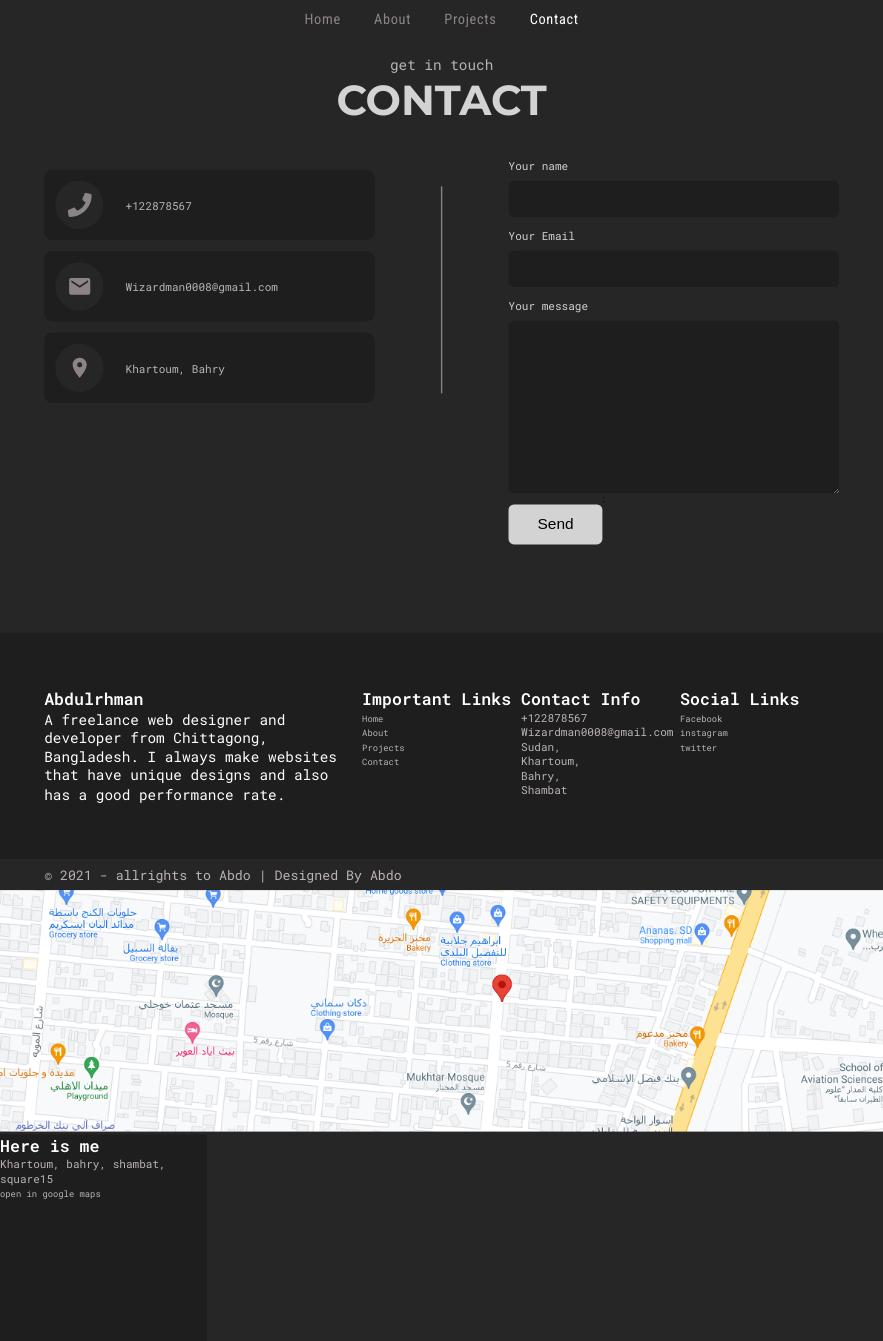
Repository: Abdoulrhman-altyeb/React-Typescript
Page: /contact
These files come from the project's save history. The page is drawn as it stood at one moment and after the next save; the edit follows.
The browser window is 1280 px wide. The pictures show the whole page, at 69% of full size.
The project was rebuilt for these pictures with package versions that can differ from the ones it lists, and the page was loaded fresh each time. Also part of the build but not shown: src/components/ContactButton.tsx, src/components/HeroSection.tsx, src/components/AboutSection.tsx, src/assits/data/Services.ts, src/components/ServiceItems.tsx, src/components/ServicesSection.tsx, src/components/ProjectsSection.tsx, src/Pages/Home.tsx and 2 more.

Above is the page before, as saved 2021-05-20 19:18:21.

### public/index.html
<!DOCTYPE html>
<html lang="en">

<head>
  <meta charset="utf-8" />
  <meta name="viewport" content="width=device-width, initial-scale=1" />
  <meta name="theme-color" content="#000000" />
  <meta name="description" content="IT Guys Community" />
  <link rel="preconnect" href="https://fonts.gstatic.com">
  <link href="https://fonts.googleapis.com/css2?family=Roboto:wght@300;400;500;700&display=swap" rel="stylesheet">
  <link rel="preconnect" href="https://fonts.gstatic.com">
<link href="https://fonts.googleapis.com/css2?family=Montserrat:wght@200;300;400;500;700&display=swap" rel="stylesheet">
<link rel="preconnect" href="https://fonts.gstatic.com">
<link href="https://fonts.googleapis.com/css2?family=Roboto+Mono:wght@200;300;400;500;600&display=swap" rel="stylesheet">
<link rel="preconnect" href="https://fonts.gstatic.com">
<link href="https://fonts.googleapis.com/css2?family=Roboto+Condensed:wght@400;700&display=swap" rel="stylesheet">
  <title>App Lab</title>
</head>

<body>
  <noscript>You need to enable JavaScript to run this app.</noscript>
  <div id="root"></div>
</body>

</html>

### src/index.tsx
import ReactDOM from "react-dom";
import App from "./App";
import './assits/styles/style.css'

ReactDOM.render(<App/>,document.getElementById("root"));

### src/App.tsx
import React from "react";
import NavBar from './components/NavBar';
import { BrowserRouter as Router, Route, Switch } from 'react-router-dom'
import Home from "./Pages/Home";
import Contact from "./Pages/Contact";
import About from "./Pages/About";
import Projects from "./Pages/Projects";


const App: React.FC = () => {



  return (
    <>
      <Router>
        <NavBar />
        <Switch>
          <Route  path='/' exact>
            <Home />
          </Route>
          <Route path="/contact">
            <Contact />
          </Route>
          <Route path='/about'>
            <About />
          </Route>
          <Route path='/projects'>
              <Projects/>
          </Route>
        </Switch>
      </Router>
    </>
  )
}

export default App;

### src/assits/styles/style.css
* {
    padding:0;
    margin:0;
    box-sizing:border-box;
    scroll-behavior: auto;
}

body {
    background:#262626;
    color:white;
    font-family: 'Roboto Mono', monospace;
}
::-webkit-scrollbar-track {
    background: #1E1E1E;
}
::-webkit-scrollbar {
    width: 8px;
}
::-webkit-scrollbar-thumb {
    background: #888;
    border-radius: 20px;
}




img,svg{
    width: 100%;
    height:100%;
    object-fit: cover;
}
.container {
    width:90%;
    max-width:1200px;
    margin: 0 auto;
}

.hero__img {
    height:600px;
}
ul {
    list-style: none;
}
p, h1, span,h3,a {
    color:#BCB4B4
}
a {
    text-decoration: none;
    font-size:0.8rem;
}

### src/components/NavBar.tsx
import React,{useState} from 'react';
import styled from 'styled-components';
import { NavLink } from 'react-router-dom';
import { BiMenu, BiX } from 'react-icons/bi';


const NavBar: React.FC = () => {

    const [isActive, setIsActive] = useState<boolean>(false);

    return (
        <NavBarContainer>
            <div className="hamburgerMenu"
                onClick={() => setIsActive(!isActive)}
                role='button'
                tabIndex={0}
                onKeyDown={() => setIsActive(!isActive)}
            >
                <BiMenu/>
            </div>
            <ul className={isActive ? 'ListItems' : 'ListItems hide-items'}>
                <div className='closeMenu'
                    onClick={() => setIsActive(!isActive)}
                    role='button'
                    tabIndex={0}
                    onKeyDown={() => setIsActive(!isActive)}
                >
                    <BiX/>
                </div>
                <li>
                    <NavLink to='/' exact>
                     Home
                    </NavLink>
                </li>
                <li>
                    <NavLink to="/about">
                        About
                    </NavLink>
                </li>
                <li>
                    <NavLink to='projects'>
                        Projects
                    </NavLink>
                </li>
                <li>
                    <NavLink to='contact'>
                        Contact
                    </NavLink>
                </li>
            </ul>
        </NavBarContainer>
    )
}

const NavBarContainer = styled.nav`
    position: fixed;
    z-index:100;
    top:0;
    left:0;
    background-color:#262626;
    font-family: 'Roboto Condensed', sans-serif;
    width:100%;
    ul {
        width:90%;
        max-width:1200px;
        justify-content:center;
        text-align:center;
        margin:0 auto;
        border-radius:12px;
    }
    li {
        display:inline-block;
        cursor:pointer;
    }
    a {
        display:inline-block;
        padding:1rem 1.5rem;
        font-size:1.3rem;
        color:#8c8484;
        letter-spacing: 1px;
        transition:0.3s ease color;
        /* &:hover {
            color:#726f6f;
        } */
    }
    .active {
        color:white;
    }

    .hamburgerMenu {
        font-size:2rem;
        position:absolute;
        top:1rem;
        right:1rem;
        color:white;
        display:none;
        * {
            pointer-events:none;
        }
    }
    .closeMenu{
        display:none;
    }
    @media only screen and (max-width:768px) {
        .hide-items{
            transform: translateY(calc(-100% - 1rem))
        }
        .hamburgerMenu{
            display:block;
        }
        .ListItems {
            width:80%;
            max-width:230px;
            position:absolute;
            top:1rem;
            right:1rem;
            background:#1E1E1E;
            padding:1rem;
            transition: 0.3s ease transform;

            .closeMenu {
                color:white;
                font-size:1.5rem;
                width:1rem;
                margin: 0 0 0 auto;
                cursor: pointer;
                display:block;
                *{
                    pointer-events:none;
                }
            }
        }
        li {
            display:block;
            margin-bottom:1rem;
        }
        a {
            /* padding:1rem; */
            padding:0.2rem;
            outline:none;
        }
    }
`;



export default NavBar;

### src/Pages/Contact.tsx
import React from 'react';
import ContactSection from '../components/ContactSecion';
import FooterSection from '../components/FooterSection';
import Map from '../components/Map';

const Contact: React.FC = () => {
    return (
        <>
            <ContactSection/>
            <FooterSection />
            <Map/>
        </>
    )
}

export default Contact;

### src/components/FooterSection.tsx
import React from 'react';
import styled from 'styled-components';
import PaText from './PaText';
import { Link } from 'react-router-dom';

const FooterSection: React.FC = () => {
    return (
        <>
            <StyledDiv>
                <div className="container">
                    <div className="info">
                        <h2>Abdulrhman</h2>
                        <PaText>
                            A freelance web designer and developer from Chittagong,
                            Bangladesh. I always make websites that have unique designs
                            and also has a good performance rate.
                        </PaText>
                    </div>
                    <div className="pages">
                        <h2>Important Links</h2>
                        <ul>
                            <li>
                                <Link to="/">Home</Link>
                            </li>
                            <li>
                                <Link to="/">About</Link>
                            </li>
                            <li>
                                <Link to="/">Projects</Link>
                            </li>
                            <li>
                                <Link to="/">Contact</Link>
                            </li>
                        </ul>
                    </div>
                    <div className="contact_info">
                        <h2>Contact Info</h2>
                        <ul>
                            <li><p>+122878567</p></li>
                            <li><p>Wizardman0008@gmail.com</p></li>
                            <li><p>Sudan,<br></br>Khartoum,<br></br>Bahry,<br></br>Shambat</p></li>
                        </ul>
                    </div>
                    <div className="social_Links">
                        <h2>Social Links</h2>
                        <ul>
                            <li><a href="https://facebook.com" rel='noreferrer'>Facebook</a></li>
                        </ul>
                        <ul>
                            <li><a href="https://instagram.com" rel='noreferrer'>instagram</a></li>
                        </ul>
                        <ul>
                            <li><a href="https://twitter.com" rel='noreferrer'>twitter</a></li>
                        </ul>
                    </div>
                </div>
            </StyledDiv>
            <StyledCopyright>
                <div className="container">
                    <p>© 2021 - allrights to Abdo  | Designed By Abdo</p>
                </div>
            </StyledCopyright>
        </>

    )
}

const StyledDiv = styled.div`
    background:#1E1E1E;
    padding:5rem 0 ;
    .container{
        display:flex;
    }
    .info{
        flex:2;
    }
    .contact_info,
    .pages,
    .social_Links{
        flex:1;
    }
    @media only screen and (max-width:768px) {
        .container{
            flex-direction:column;
        }
    }
`;
const StyledCopyright = styled.div`
    background:#262626;
    padding:10px 0;
    p{
        font-size:1.2rem;
    }

    @media only screen and (max-width:768px) {
        p{
            font-size:0.9rem;
            width:100%;
        }
    }
`;

export default FooterSection

### src/components/ContactSecion.tsx
import React from 'react';
import styled from 'styled-components';
import SectionsTitle from './SectionsTitle';
import { FaPhone } from 'react-icons/fa';
import { IoMdMail } from 'react-icons/io';
import {MdLocationOn} from 'react-icons/md'
import Button from './Button';

const ContactSection: React.FC = () => {
    return (
        <StyledDiv>
            <div className="container">
                <SectionsTitle title='contact' semiTitle='get in touch' />
                <div className="contact-me">
                    <div className="contact-info">
                        <div className="phone">
                            <div className="icon">
                                <FaPhone/>
                            </div>
                            <span> +122878567</span>
                        </div>
                        <div className="mail">
                            <div className="icon">
                                <IoMdMail/>
                            </div>
                            <span>Wizardman0008@gmail.com</span>
                        </div>
                        <div className="location">
                            <div className="icon">
                                <MdLocationOn/>
                            </div>
                            <span>Khartoum, Bahry</span>
                        </div>
                    </div>
                    <div className="linebetween"></div>
                    <form className='form-contact'>
                        <label htmlFor="name">Your name</label>
                        <input className='name' type="text" id='name' />
                        <label htmlFor="email">Your Email</label>
                        <input type="email" id="email" />
                        <label htmlFor="message">Your message</label>
                        <textarea id="message"></textarea>
                        <button type='submit' className='btn'>
                                <Button btnLink='/'  outline={false} btnText='Send'/>;
                        </button>
                    </form>
                </div>
            </div>
        </StyledDiv>
    )
}
const StyledDiv = styled.div`
    padding:5rem 0;
    text-align: center;
    .container{
        display: flex;
        flex-direction:column;
    }
    .title{
        p{
            font-size:1.3rem;
        }
        h2{
            font-size:3.8rem;
            margin-top:0;
        }
    }
    .contact-me{
        padding:3rem 0;
        display: flex;
        gap:6rem;
    }
    .contact-info{
        flex:1;
    }
    .phone,
    .mail,
    .location{
        width:100%;
        background:#1E1E1E;
        margin-top:1rem;
        padding:1rem;
        border-radius:12px;
        display: flex;
        align-items: center;
    }
    .icon{
        width:70px;
        height:70px;
        border-radius: 50%;
        display: flex;
        justify-content: center;
        align-items:center;
        margin-right:2rem;
        background:#262626;
    }
    .icon svg{
        width:50%;
        fill: #8c8484;
    }
    .linebetween{
        width:2px;
        height:300px;
        background:#8c8484;
        margin-top:2.5rem;
    }

    .form-contact{
        flex:1;
        display: flex;
        flex-direction:column;
        text-align:left;
    }
    .form-contact input, textarea{
        padding:1rem;
        background:#1E1E1E;
        border:none;
        border-radius:8px;
    }
    .form-contact textarea {
        height:250px;
        resize: vertical;
    }
    .form-contact label{
        margin-bottom:0.7rem;
        color:lightgray;
    }
    .form-contact input{
        margin-bottom:1rem;
        outline:none;
        color:#8c8484;
        font-size:1.1rem;
    }
    .btn{
        background:transparent;
        outline:none;
        border:none;
        pointer-events: none;
        display: flex;
        justify-content: flex-start;
        *{
            pointer-events: all;
        }
    }
    @media only screen and (max-width:768px) {
        .title{
            p{
                font-size:0.9rem;
            }
            h2{
                font-size:2.5rem;
                margin-top:0;
            }
        }
        .contact-me{
            flex-direction:column;
        }
        .linebetween{
            display: none;
        }
    }
`;

export default ContactSection;

### src/components/Map.tsx
import React from 'react';
import styled from 'styled-components';
import map from '../assits/images/Capture.jpg'
const Map: React.FC = () => {
    return (
        <StyleDiv>
            <img src={map} alt="" />
            <div className="location__details">
                <h2>Here is me</h2>
                <p>Khartoum, bahry, shambat, square15</p>
                <a href="https://www.google.com/maps/place/%D9%85%D8%AD%D8%B7%D9%87+15%E2%80%AD/@15.6677097,32.5462023,17z/data=!4m13!1m7!3m6!1s0x168e8da4c6682f5f:0x213cdd630f5e6fa9!2sShambat+Bridge,+Khartoum+North,+Sudan!3b1!8m2!3d15.6434242!4d32.5089219!3m4!1s0x168e93f8f47bbcb9:0x5df02e7d5dd85537!8m2!3d15.6681869!4d32.5468858" rel='noreferrer'>open in google maps</a>
            </div>
        </StyleDiv>
    )
}

const StyleDiv = styled.div`
    position: relative;
    height:350px;
    width:100%;
    .location__details{
        position: absolute;
        width:300px;
        height:300px;
        background:#1E1E1E
    }
`;
export default Map;

### src/components/Button.tsx
import React from 'react';
import { Link } from 'react-router-dom';
import styled from 'styled-components'


const Button:React.FC<ButtonProps> = ({btnLink,btnText,outline}) => {
    return (
        <BTNSTYLE className='btn'>
            <Link className='button' to={btnLink} style={{ background: outline ? 'transparent' : 'lightgray', color: outline? 'lightgray': 'black' }}>{btnText}</Link>
        </BTNSTYLE>
    )
}


const BTNSTYLE = styled.div`
    margin-top:1rem;
    .button{
        background:lightgray;
        padding:0.9rem 2.5rem;
        color:black;
        border-radius:8px;
        border:2px solid lightgray;
        cursor:pointer;
        display:inline-block;
        font-size:1.4rem;
    }
    @media only screen and (max-width:768px) {
        .button{
            font-size:1.2rem;
        }
    }
`;

export default Button

### src/components/PaText.tsx
import styled from 'styled-components'

const PaText: React.FC = ({children}) => {

    return (
        <TextContainer className='par'>
            {children}
        </TextContainer>
    )
}

const TextContainer = styled.div`
    max-width:500px;
    margin:0 auto;
    line-height:1.3em;
    font-family: 'Roboto Mono', monospace;
    font-size:1.3rem;
    @media only screen and (max-width:768px) {
        font-size:1.1rem;
    }
`;

export default PaText

### src/components/SectionsTitle.tsx
import React from 'react';
import styled from 'styled-components';

const SectionsTitle:React.FC<SectionTitle> = ({title,semiTitle}) => {
    return (
        <StyledSectionTitle className='title'>
            <p>{semiTitle}</p>
            <h2>{title}</h2>
        </StyledSectionTitle>
    )
}

const StyledSectionTitle = styled.div`
    P{
        font-size:1.5rem;
    }
    h2{
        font-size:3.8rem;
        font-family: 'Montserrat', sans-serif;
        text-transform:uppercase;
        margin-top:0.7rem;
        color:lightgray;
    }
    @media only screen and (max-width:768px){
        p{
            font-size:1rem;
        }
        h2{
            font-size:2rem;

        }
    }
`;

export default SectionsTitle;

After the next save:
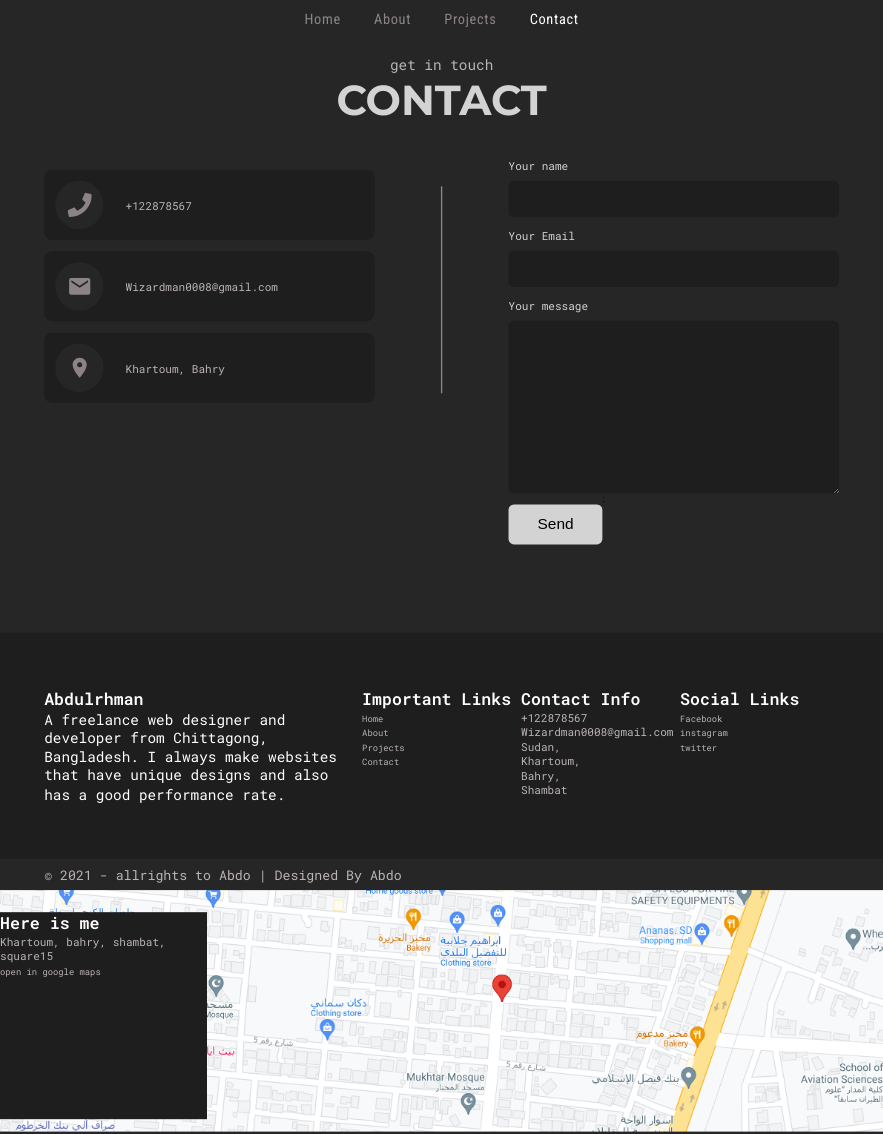
Saved 10 s later.
--- a/src/components/Map.tsx
+++ b/src/components/Map.tsx
@@ -22,7 +22,8 @@ const StyleDiv = styled.div`
         position: absolute;
         width:300px;
         height:300px;
-        background:#1E1E1E
+        background:#1E1E1E;
+        top: 2rem;
     }
 `;
 export default Map;
